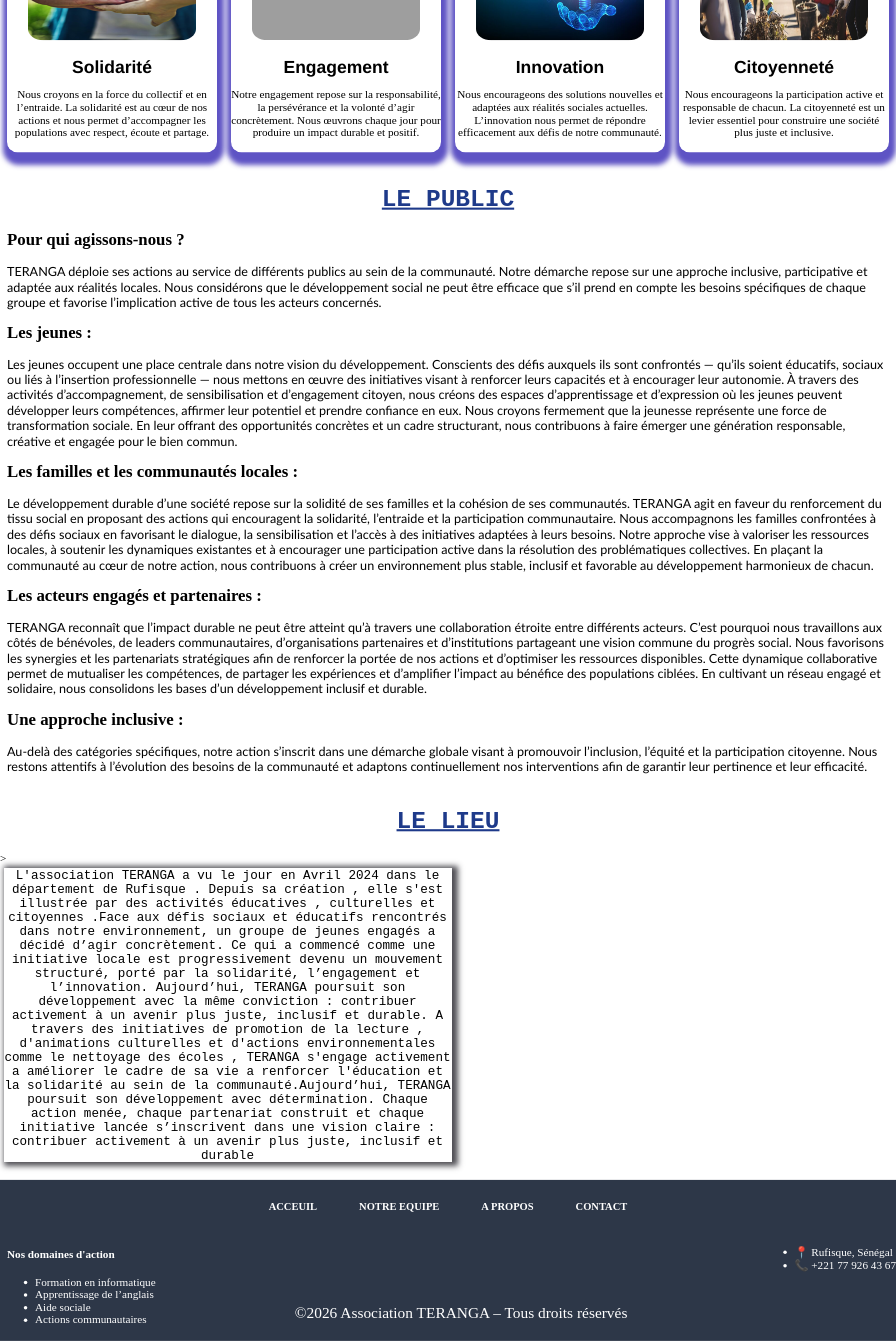
Repository: assanendao171/projet-teranga
Page: propos.html
The author's editor kept a copy of each file at every save. The page is drawn from the files as they stood at one save, then again after the next save.
The browser window is 1280 px wide. The pictures show the part of the page from y = 1242 to 3162 px (the page is 3162 px tall), at 70% of full size.
Pictures or frames that could not be fetched are drawn as grey boxes.

Above is the page before, as saved 2026-02-12 14:07:38.

After the next save:
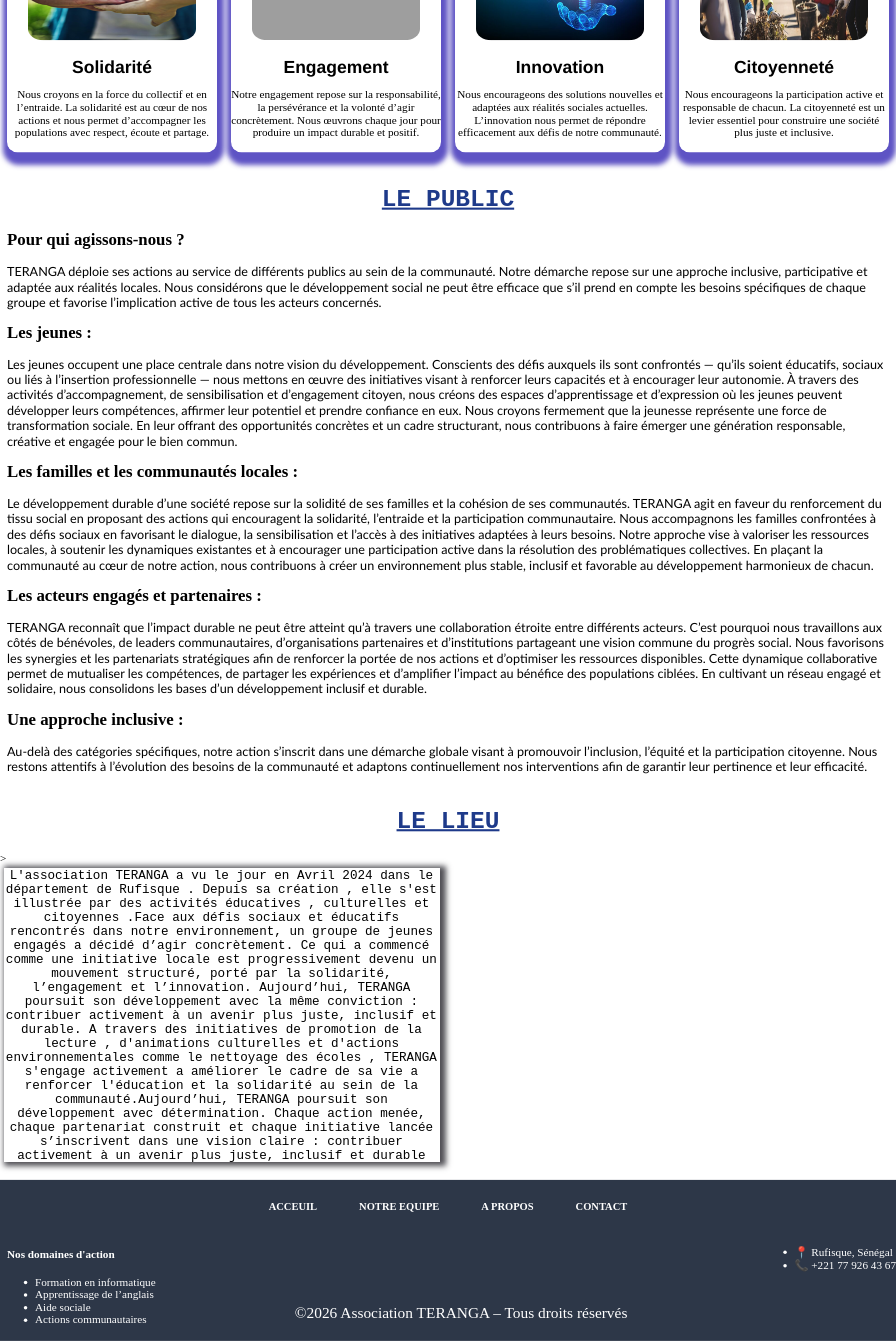
Saved 8 s later.
--- a/propos.html
+++ b/propos.html
@@ -196,7 +196,7 @@
           chaque initiative lancée s’inscrivent dans une vision claire :
           contribuer activement à un avenir plus juste, inclusif et durable
         </p>
-<iframe src="" frameborder="0" class="iframe-lieu"></iframe>
+<iframe src="" frameborder="0" class="ifram-lieu"></iframe>
       </div>
     </main>
 
